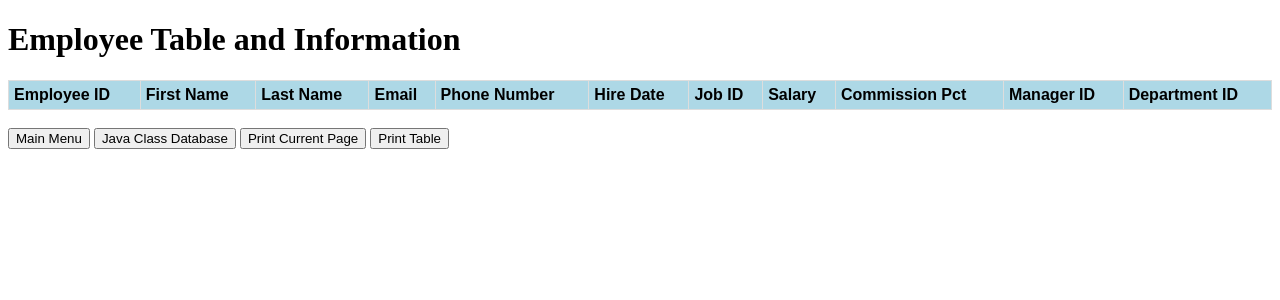
Repository: cohen-e/Demo_Project
Page: http://localhost/Demo_Project/Database.jsp
These files come from the project's save history. The page is drawn as it stood at one moment and after the next save; the edit follows.
The browser window is 1280 px wide. The pictures show the whole page.
The page is served by Tomcat 9. The session is filled in as if someone had signed in: {"user": "testuser", "id": 1}. Queries for data that is not in the repository find no rows.

Above is the page before, as saved 2018-07-02 13:48:44.

After the next save:
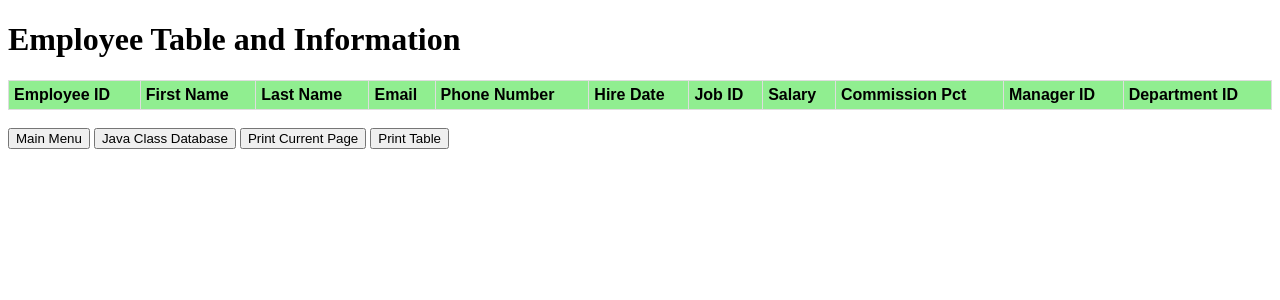
Saved 43 s later.
--- a/Demo_Project/WebContent/css/database.css
+++ b/Demo_Project/WebContent/css/database.css
@@ -7,7 +7,7 @@
     border: 1px solid #dddddd;
     text-align: left;
     padding: 5px;
-    bgcolor: "lightgreen";
+    background-color: lightgreen;
 	}
 .page-navigation a {
   margin: 0 2px;

After the save that followed:
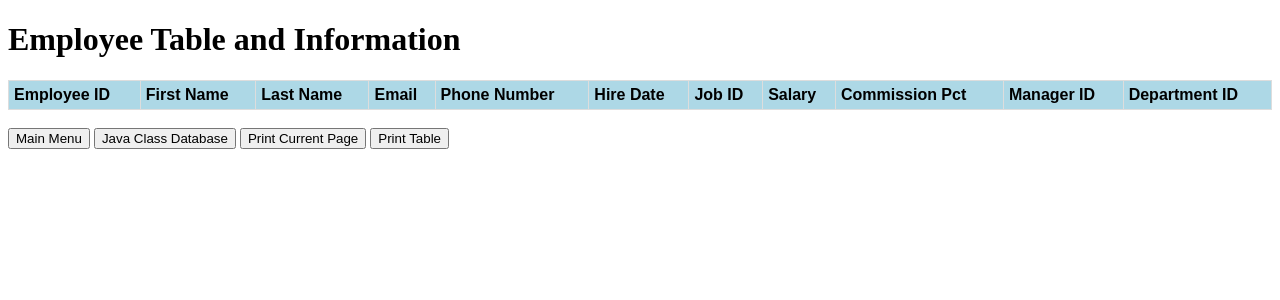
Saved 20 s later.
--- a/Demo_Project/WebContent/css/database.css
+++ b/Demo_Project/WebContent/css/database.css
@@ -7,7 +7,6 @@
     border: 1px solid #dddddd;
     text-align: left;
     padding: 5px;
-    background-color: lightgreen;
 	}
 .page-navigation a {
   margin: 0 2px;
